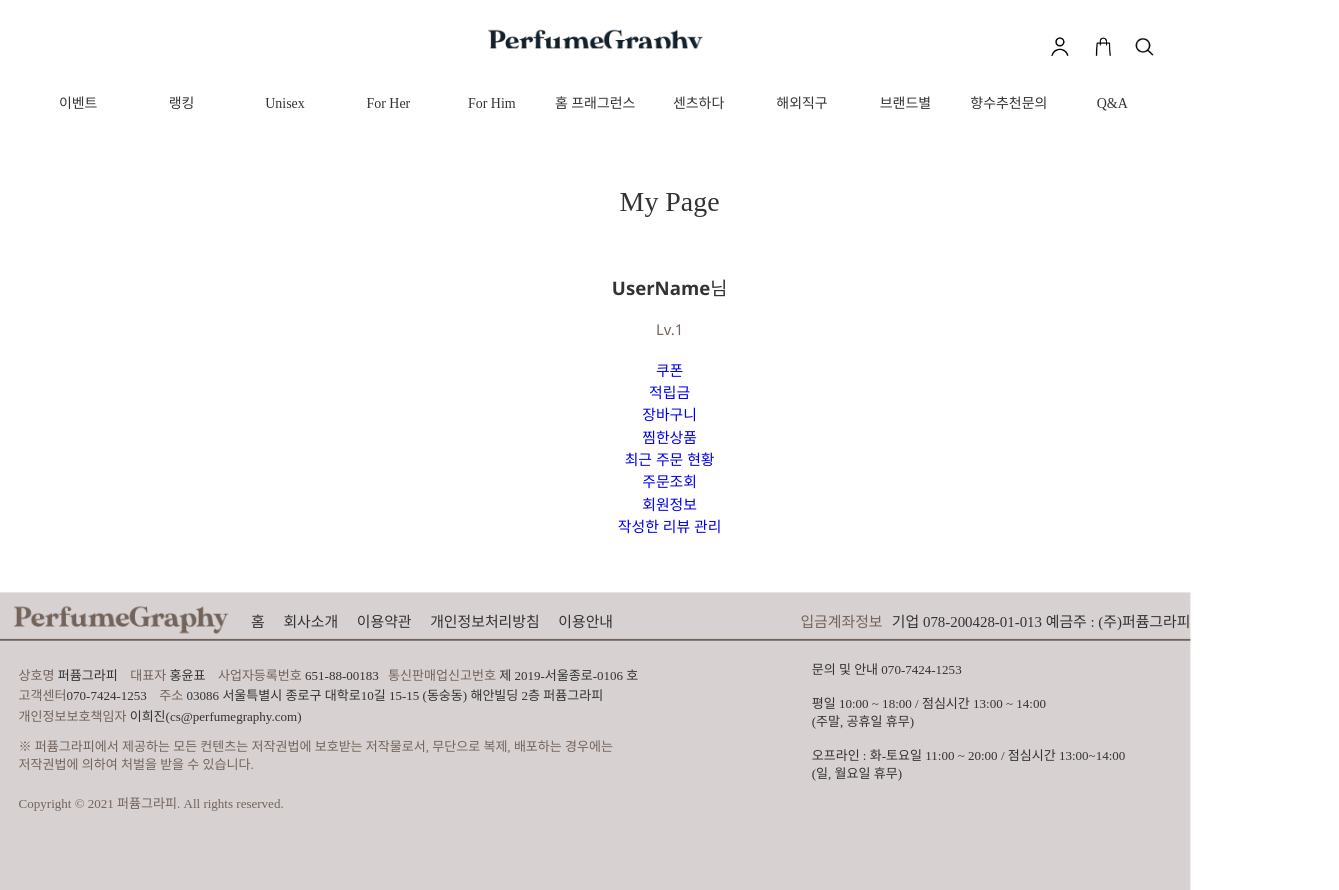
Repository: mingdue03/perfumegraphy
Page: myPage.html
The author's editor kept a copy of each file at every save. The page is drawn from the files as they stood at one save, then again after the next save.
The browser window is 1280 px wide. The page is 1440 px wide, so the pictures cover 1440 px, including what lies to the right of the window. The pictures show the whole page, at 93% of full size.

Above is the page before, as saved 2021-08-26 15:20:54.

### myPage.html
<!DOCTYPE html>
<html lang="ko">
<head>
    <meta charset="UTF-8">
    <meta http-equiv="X-UA-Compatible" content="IE=edge">
    <meta name="viewport" content="width=device-width, initial-scale=1.0">
    <title>PerfumeGraphy</title>
    <link rel="stylesheet" href="css/basic.css">
    <link rel="stylesheet" href="css/mypage.css">
    <link href="https://fonts.googleapis.com/css2?family=Noto+Serif+KR&display=swap" rel="stylesheet">
    <script src="js/jquery-1.12.4.min.js"></script>
    <script src="js/jquery.slides.min.js"></script>
    <script src="js/jquery.stellar.js"></script>
    <script src="js/main_1.js"></script>
</head>
<body>
<div id="body_wrap">
    <header>
    <div id="header_wrap">
        <div class="header_top">
            <div class="logo">
                <h1><a href="index.html">PerfumeGraphy</a></h1>
            </div>
            <ul class="top_menu">
                <li class="user"><a href="login.html">마이페이지</a></li>
                <li class="cart"><a href="mypage.html">장바구니</a></li>
                <li class="search"><a href="#">검색</a></li>
                <li class="ham_btn"><a href="#">button</a></li>
            </ul>
        </div>
        <div class="search_pop">
            <div class="search_bg">
                <span></span>
                <ul>
                    <li><a href="#">#금주의 향수</a></li>
                    <li><a href="#">#럭셔리집들이선물</a></li>
                    <li><a href="#">#비누향수</a></li>
                </ul>
            </div>
        </div>
        <div class="header_b" >
            <ul class="gnb">
                <li>
                    <a href="#">이벤트</a>
                </li>
                <li class="hasSub">
                    <a href="lank.html">랭킹</a>
                    <ul class="sub_menu">
                        <li><a href="lank.html">전체 랭킹 </a></li>
                        <li><a href="lank.html">Unisex 랭킹</a></li>
                        <li><a href="lank.html">For her 랭킹</a></li>
                        <li><a href="lank.html">For him 랭킹</a></li>
                    </ul>
                </li>
                <li class="hasSub">
                    <a href="#">Unisex</a>
                    <ul class="sub_menu">
                        <li><a href="#">ALL</a></li>
                        <li><a href="#"> 시트러스 | 그린</a></li>
                        <li><a href="#">우디 | 베티버</a></li>
                        <li><a href="#">샌달우드 | 머스크</a></li>
                        <li><a href="#">스파이시 | 통카빈</a></li>
                    </ul>
                </li>
                <li class="hasSub">
                    <a href="#">For Her</a>
                    <ul class="sub_menu">
                        <li><a href="#">ALL</a></li>
                        <li><a href="#">시트러스 | 그린</a></li>
                        <li><a href="#">플로럴 | 화이트플로럴</a></li>
                        <li><a href="#">머스크 | 앰버</a></li>
                        <li><a href="#">스위트 | 바닐라</a></li>
                    </ul>
                </li>
                <li class="hasSub">
                    <a href="#">For Him</a>
                    <ul class="sub_menu">
                        <li><a href="#">ALL</a></li>
                        <li><a href="#">시트러스 | 그린</a></li>
                        <li><a href="#">우디 | 베티버</a></li>
                        <li><a href="#">웜스파이시 | 통카빈</a></li>
                        <li><a href="#">머스크 | 앰버</a></li>
                        <li><a href="#">라벤더 | 워터리</a></li>
                    </ul>
                </li>
                <li class="hasSub">
                    <a href="#">홈 프래그런스</a>
                    <ul class="sub_menu">
                        <li><a href="#">디퓨저 & 캔들</a></li>
                        <li><a href="#">바디 & 솝</a></li>
                    </ul>
                </li>
                <li><a href="#">센츠하다</a></li>
                <li>
                    <a href="#">해외직구</a>
                </li>
                <li><a href="#">브랜드별</a></li>
                <li><a href="#">향수추천문의</a></li>
                <li><a href="#">Q&A</a></li>
            </ul>
        </div>
        <div class="gnb_dim"></div>
    </div>
    </header>
    <!------------------------login-------------------------------->
    <main id="mypage">
        <div class="mypage_wrap">
            <h2>My Page</h2>
            <section class="name">
                <div>
                    <p><span>UserName</span>님</p>
                    <p class="level">Lv.1</p>
                </div>
            </section>
            <section class="coupon">
                <div class="coupon_wrap">
                    <ul>
                        <li><a href="#">쿠폰</a></li>
                        <li><a href="#">적립금</a></li>
                        <li><a href="#">장바구니</a></li>
                        <li><a href="#">찜한상품</a></li>
                    </ul>
                </div>
            </section>
            <section class="order">
                <div>
                    <ul>
                        <li><a href="#">최근 주문 현황</a></li>
                        <li><a href="#">주문조회</a></li>
                        <li><a href="#">회원정보</a></li>
                        <li><a href="#">작성한 리뷰 관리</a></li>
                    </ul>

                </div>
            </section>

        </div>
    </main>
    <footer>
        <div id="footer_in">
            <div class="footer_top">
                <h2>PerfumeGraphy</h2>
                <ul class="m_hidden">
                    <li><a href="javasctipt:;">홈</a></li>
                    <li><a href="javasctipt">회사소개</a></li>
                    <li><a href="javasctipt">이용약관</a></li>
                    <li><a href="javasctipt">개인정보처리방침</a></li>
                    <li><a href="javasctipt">이용안내</a></li>
                </ul>
                <p><span>입금계좌정보</span> 기업 078-200428-01-013 예금주 : (주)퍼퓸그라피</p>
            </div>
        </div>
        <div class="footer_bottom">
            <section class="left">
                <ul class="pc_hidden">
                    <li><a href="javasctipt:;">홈</a></li>
                    <li><a href="javasctipt">회사소개</a></li>
                    <li><a href="javasctipt">이용약관</a></li>
                    <li><a href="javasctipt">개인정보처리방침</a></li>
                    <li><a href="javasctipt">이용안내</a></li>
                </ul>
                <p class="margin">
                    <p><span>상호명</span>  퍼퓸그라피</p> <p><span>대표자</span> 홍윤표</p>	 <p><span>사업자등록번호</span> 651-88-00183</p><p> <span >통신판매업신고번호</span>  제 2019-서울종로-0106 호<br></p>
                </p>
                <p class="pc_hidden">
                    <span>고객센터</span>070-7424-1253
                </p>
                <p>
                    <span> 주소</span> 03086 서울특별시 종로구 대학로10길 15-15 (동숭동) 해안빌딩 2층 퍼퓸그라피
                </p>
                <p ><span>개인정보보호책임자</span> 	 이희진(cs@perfumegraphy.com) </p>
                <p class="margin"><span class="m_hidden"> ※ 퍼퓸그라피에서 제공하는 모든 컨텐츠는 저작권법에 보호받는 저작물로서, 무단으로 복제, 배포하는 경우에는<br><span></span> 저작권법에 의하여
                처벌을 받을 수 있습니다.</span></p>
                <p class="margin"><span class="m_hidden"> Copyright © 2021 퍼퓸그라피. All rights reserved.</span></p>
            </section>
            <section class="right m_hidden">
                <p>문의 및 안내   070-7424-1253<br>
                    <br>
                    평일 10:00 ~ 18:00 / 점심시간 13:00 ~ 14:00<br>
                    (주말, 공휴일 휴무)<br>
                    <br>
                    오프라인 : 화-토요일 11:00 ~ 20:00 / 점심시간 13:00~14:00<br>
                     (일, 월요일 휴무)</p>
            </section>
        </div>
    </footer>
</div>
</body>
</html>

### css/mypage.css
@charset "UTF-8";

main#mypage{font-family:'NanumGothic','Segoe UI', Roboto, Oxygen, sans-serif ;background: #fff; color:#333; font-size:16px; }

#mypage{}
.mypage_wrap{
  width:1440px;
  margin:60px auto;
  text-align:center;
}
.mypage_wrap h2{
  font-size:30px;
  margin:60px 0;
  font-weight: normal;
  font-family: 'Noto Serif KR', serif;
}
.name {
  margin:20px 0;
}
.name p{
  font-size: 20px;
  margin:20px 0;
}
.name p span{
  font-weight: bold;
}
.name p.level{
  font-size:16px;
  color:#73645D;
}

.coupon{
  width:760px;
  margin:auto;
}
.coupon_wrap{}
.coupon_wrap ul{}
.coupon_wrap li{}
.coupon_wrap a{
  height:400px;
}
.coupon_wrap a:before{}

.coupon article{
  width:100%;
  height:400px;
  background:#D7D1D1;
}










@media (max-width:1440px){
  .login_wrap{
    width:100%;
  }
}

@media (max-width:450px){
  .login_wrap{
    max-width:450px;
  }
}

Loaded but not shown: js/jquery-1.12.4.min.js (library); js/jquery.slides.min.js (library); js/jquery.stellar.js (library); js/main_1.js (215 lines, source omitted); css/basic.css (877 lines, source omitted)

After the next save:
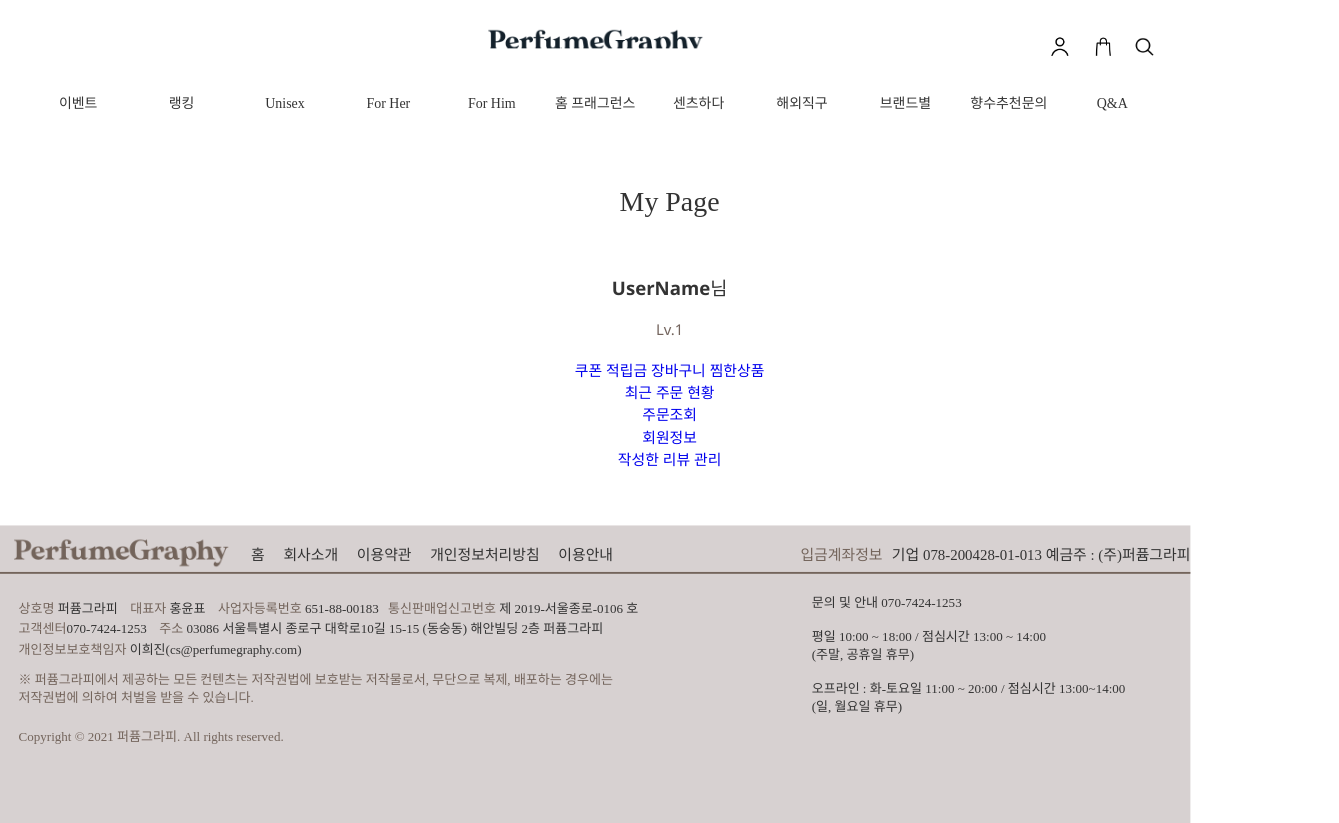
Saved 5 s later.
--- a/css/mypage.css
+++ b/css/mypage.css
@@ -35,7 +35,9 @@
 }
 .coupon_wrap{}
 .coupon_wrap ul{}
-.coupon_wrap li{}
+.coupon_wrap li{
+  display: inline-block;
+}
 .coupon_wrap a{
   height:400px;
 }
